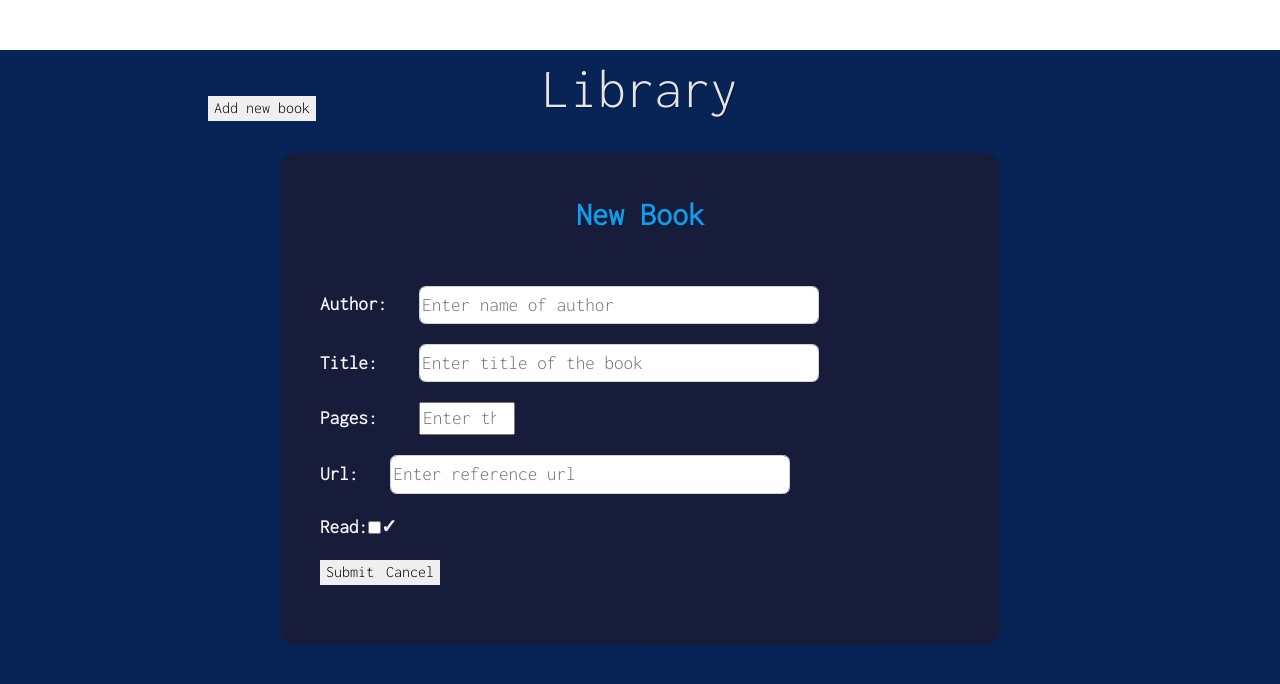
Repository: 0101chaitanya/Library
Page: index.html
These files come from the project's save history. The page is drawn as it stood at one moment and after a run of saves; the edit follows.
The browser window is 1280 px wide. The pictures show the whole page.

Above is the page before, as saved 2021-06-03 19:29:55.

After the next 3 saves:
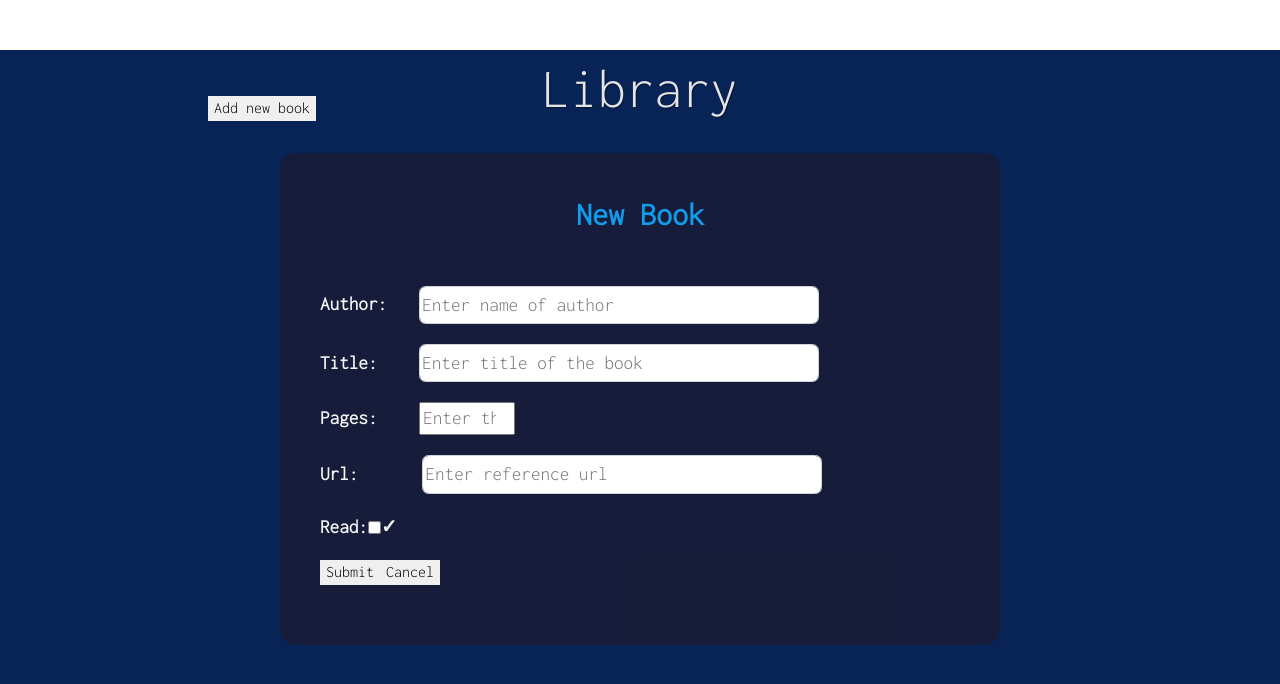
The 3 saves are shown as one change because they came seconds apart.
The last was saved 12 s later.
--- a/styles.css
+++ b/styles.css
@@ -167,7 +167,7 @@ h1 {
 
 #urlInput {
     position: relative;
-    left: 2rem;
+    left: 4rem;
 }
 
 
